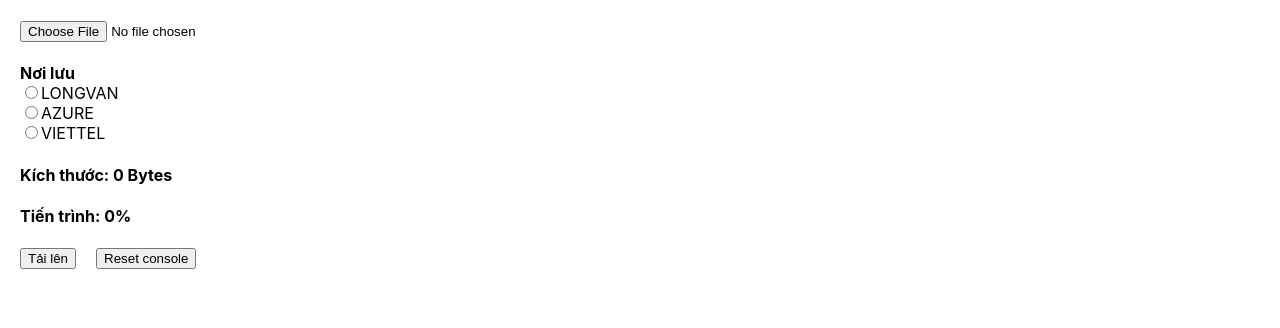
Repository: duc30012001/viettel-test-upload
Page: /
These files come from the project's save history. The page is drawn as it stood at one moment and after a run of saves; the edit follows.
The browser window is 1280 px wide. The pictures show the whole page.
The project was rebuilt for these pictures with package versions that can differ from the ones it lists, and the page was loaded fresh each time. Imported but missing from the stored project, and not drawn on this page: src/reportWebVitals.

Above is the page before, as saved 2023-03-16 14:33:59.

After the next 2 saves:
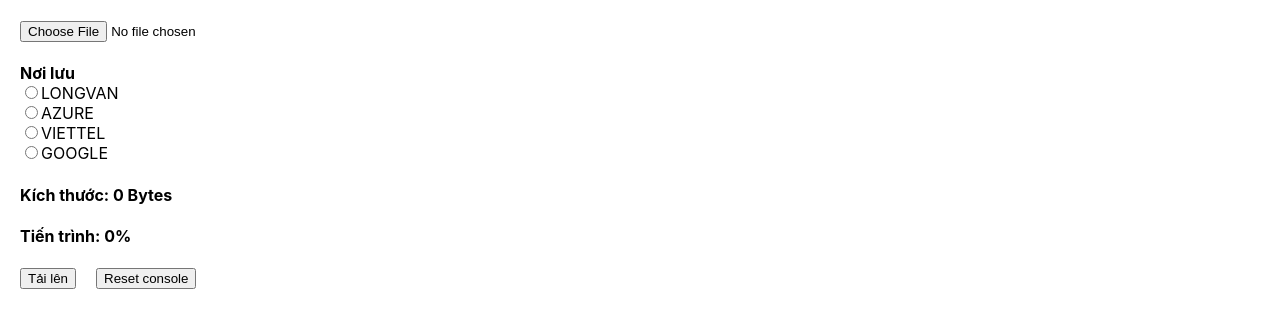
The 2 saves are shown as one change because 1 did not build or start.
The last was saved 97 s later.
--- a/src/App.jsx
+++ b/src/App.jsx
@@ -1,10 +1,15 @@
 // ./src/App.tsx
 
 import React, { useState, useRef } from "react";
-import { uploadToAzure, uploadToViettel, uploadToLongVan } from "./Upload";
+import {
+  uploadToAzure,
+  uploadToViettel,
+  uploadToLongVan,
+  uploadToGoogleCloud,
+} from "./Upload";
 import { getFileSize } from "./helper";
 
-const DISTRIBUTOR = ["LONGVAN", "AZURE", "VIETTEL"];
+const DISTRIBUTOR = ["LONGVAN", "AZURE", "VIETTEL", "GOOGLE"];
 
 const App = () => {
   const fileInput = useRef(null);
@@ -36,8 +41,10 @@ const App = () => {
       await uploadToAzure(fileUploadInformation, handleChangeProgress);
     } else if (distributor === "VIETTEL") {
       await uploadToViettel(fileUploadInformation, handleChangeProgress);
+    } else if (distributor === "LONGVAN") {
+      await uploadToLongVan(fileUploadInformation, handleChangeProgress);
     } else {
-      await uploadToLongVan(fileUploadInformation, handleChangeProgress);
+      uploadToGoogleCloud(fileUploadInformation, handleChangeProgress);
     }
   };
 
--- a/src/Upload/index.js
+++ b/src/Upload/index.js
@@ -1,3 +1,4 @@
 export * from "./uploadToAzure";
 export * from "./uploadToViettel";
 export * from "./uploadToLongVan";
+export * from "./uploadToGoogleCloud";
